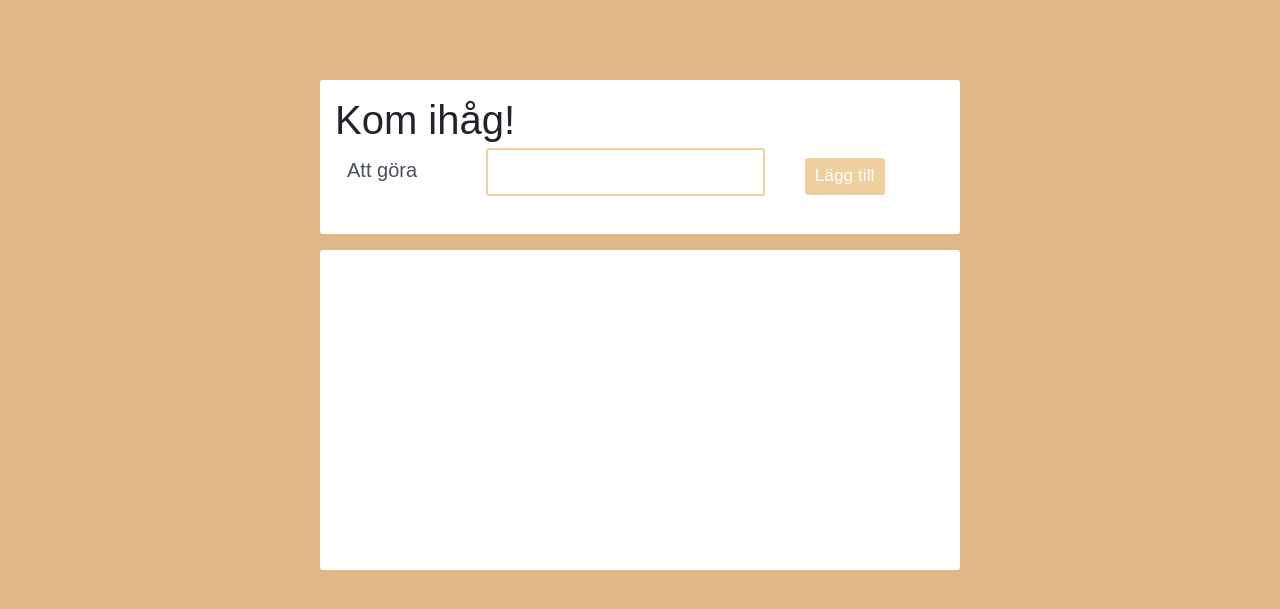
Repository: skepp4rn/todolist
Page: index.html
The author's editor kept a copy of each file at every save. The page is drawn from the files as they stood at one save, then again after the next save.
The browser window is 1280 px wide. The pictures show the whole page.
The page's requests for data from a server got no answer. Some web libraries are served in a nearby version.

Above is the page before, as saved 2021-01-29 09:49:11.

After the next save:
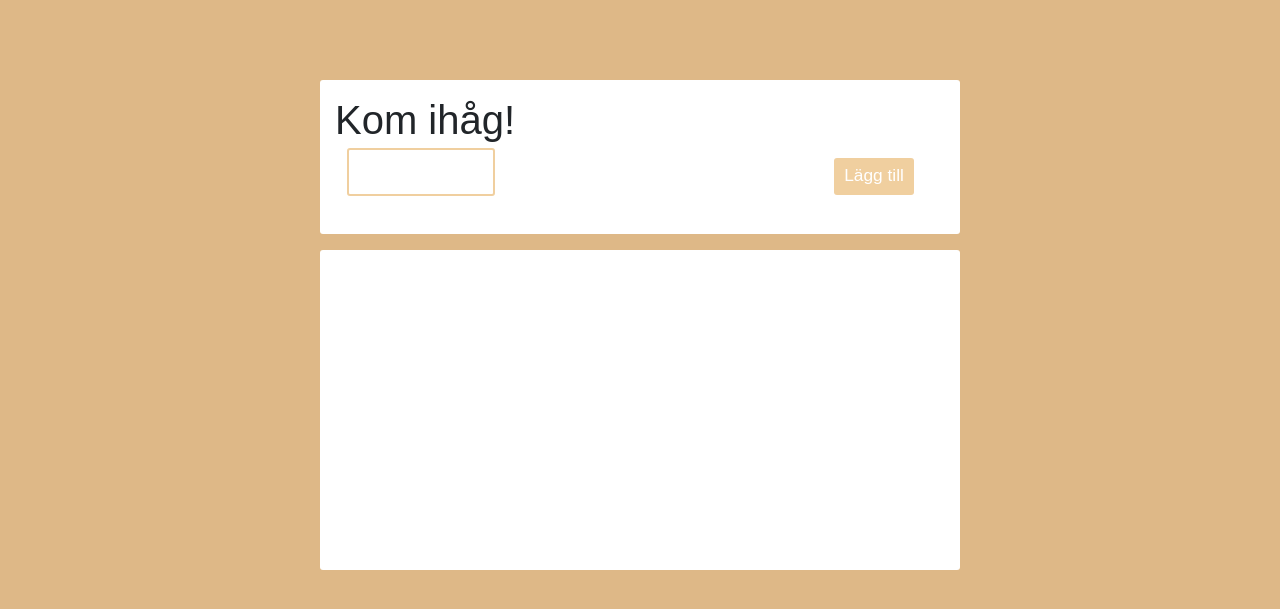
Saved 28 s later.
--- a/index.html
+++ b/index.html
@@ -17,7 +17,6 @@
 
         <form class="form" id="form">
             <div class="form-control">
-                <label>Att göra</label>
                 <input type="text" id="addToDo">
                 <i class="fas fa-exclamation-circle"></i>
                 <small>Error message</small>

After the save that followed:
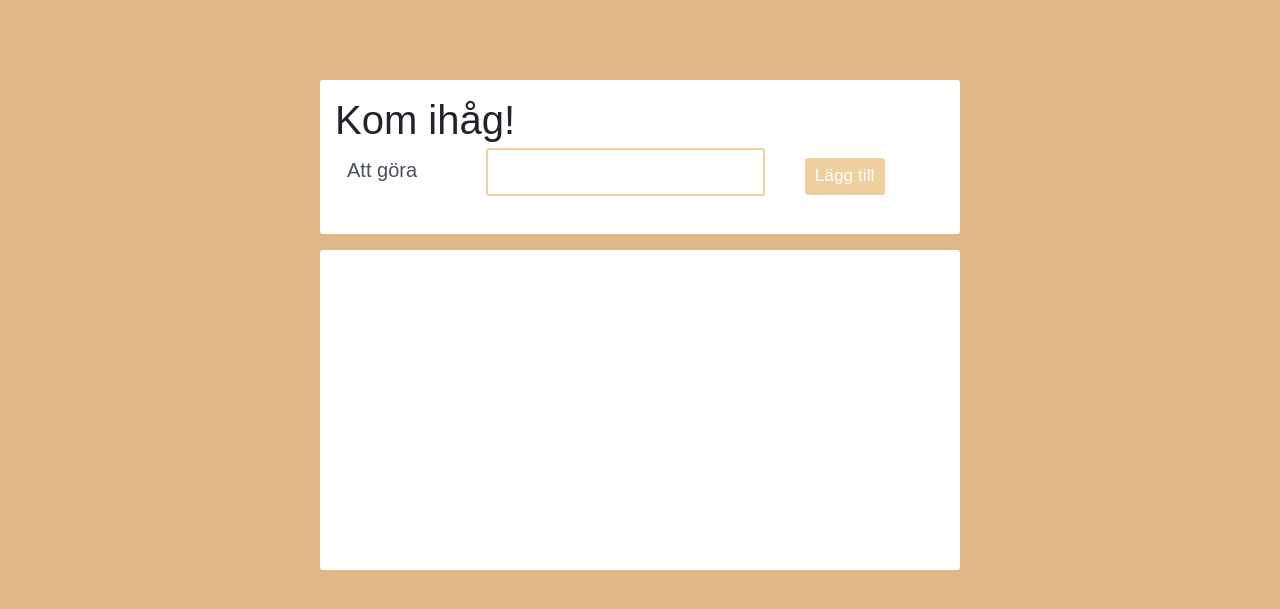
Saved 8 s later.
--- a/index.html
+++ b/index.html
@@ -17,6 +17,7 @@
 
         <form class="form" id="form">
             <div class="form-control">
+                <label>Att göra</label>
                 <input type="text" id="addToDo">
                 <i class="fas fa-exclamation-circle"></i>
                 <small>Error message</small>
